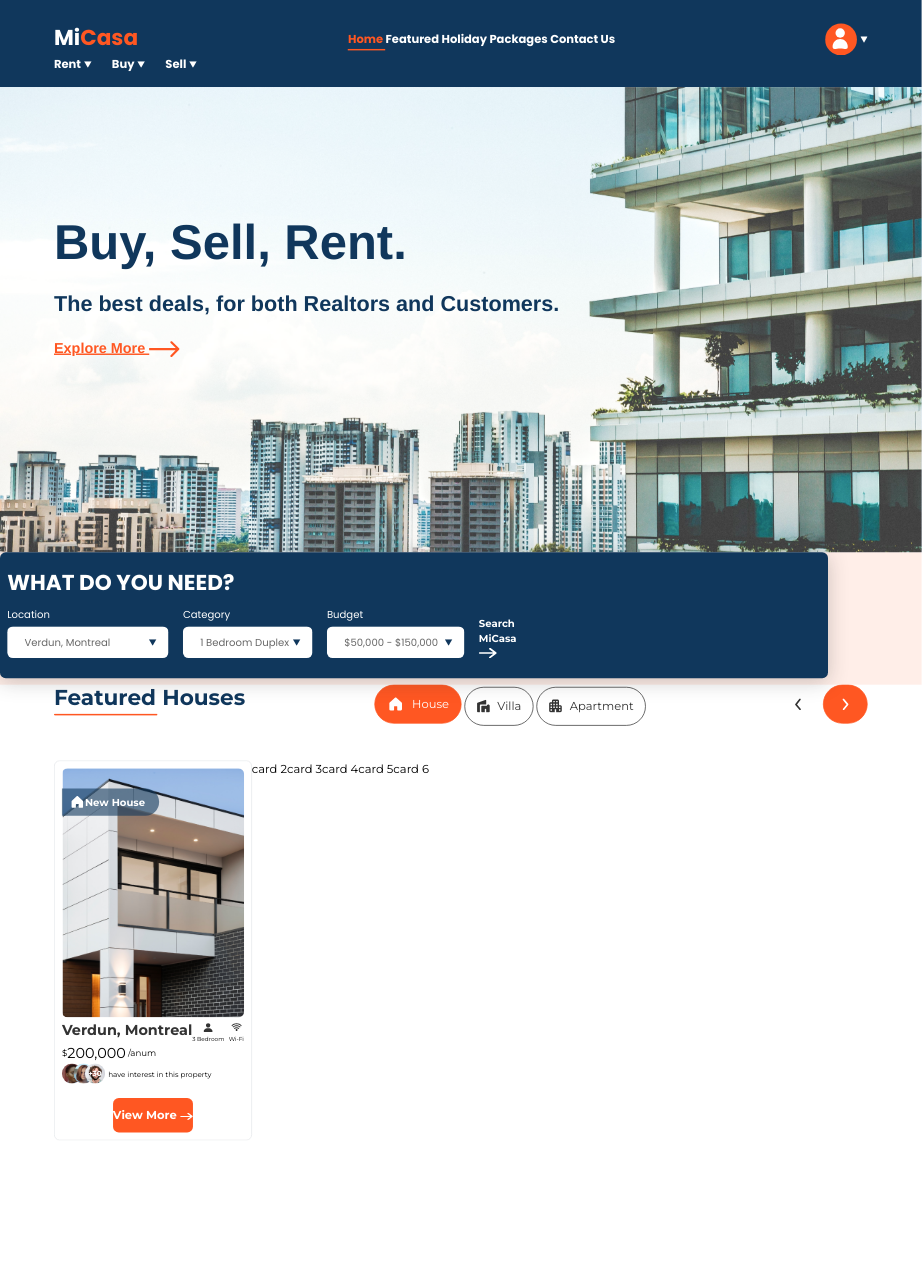
Repository: BenUnyolo/micasa-frontend
Page: index.html
The author's editor kept a copy of each file at every save. The page is drawn from the files as they stood at one save, then again after the next save.
The browser window is 1280 px wide. The pictures show the whole page, at 72% of full size.

Above is the page before, as saved 2021-10-17 18:00:32.

After the next save:
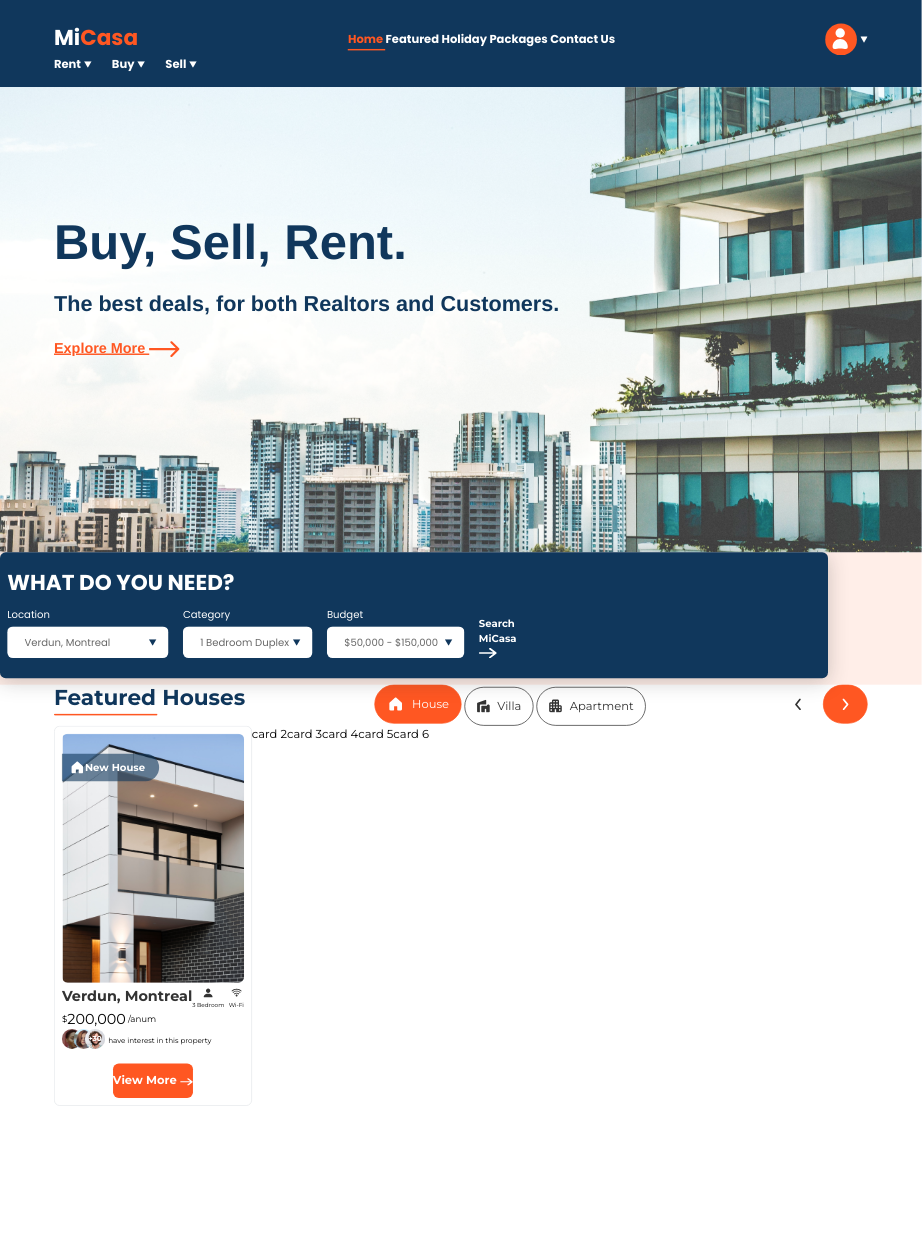
Saved 9 s later.
--- a/index.html
+++ b/index.html
@@ -340,7 +340,7 @@
         </div>
       </div>
       <!-- house cards -->
-      <div class="flex mt-12 -m-4 overflow-x-scroll">
+      <div class="flex -m-4 overflow-x-scroll mt-11">
         <!-- card 1 -->
         <div class="flex-none w-1/4 p-4">
           <div class="flex-none border p-2.5 rounded-lg bg-white w-full">
